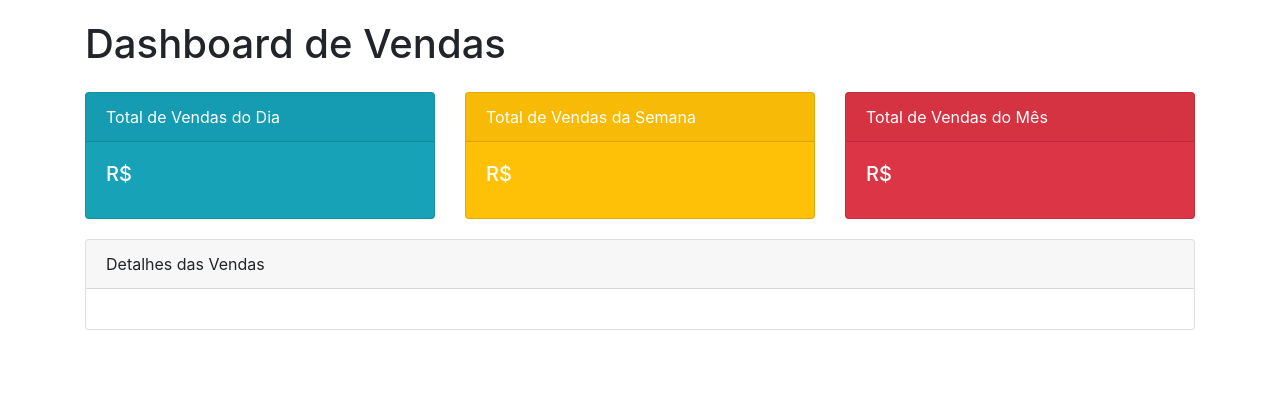
Repository: joaobatistafrontend/vendas_produto
Page: templates/dashboard.html
These files come from the project's save history. The page is drawn as it stood at one moment and after the next save; the edit follows.
The browser window is 1280 px wide. The pictures show the whole page.
The template is drawn by Django 5.2. The application's start-up code is not run. Other server files are loaded and not shown. The template is opened directly, without the code that normally fills it, so the values that code supplies are empty.

Above is the page before, as saved 2024-08-04 16:00:53.

### templates/dashboard.html
<!DOCTYPE html>
<html lang="en">
<head>
    <meta charset="UTF-8">
    <meta name="viewport" content="width=device-width, initial-scale=1.0">
    <title>Dashboard de Vendas</title>
    <link rel="stylesheet" href="https://stackpath.bootstrapcdn.com/bootstrap/4.5.2/css/bootstrap.min.css">
    <style>
        body {
            padding: 20px;
        }
        .card {
            margin-bottom: 20px;
        }
    </style>
</head>
<body>
    <div class="container">
        <h1 class="mb-4">Dashboard de Vendas</h1>

        <div class="row">
            <!-- <div class="col-md-4">
                <div class="card text-white bg-primary">
                    <div class="card-header">Total de Vendas</div>
                    <div class="card-body">
                        <h5 class="card-title">R${{ total }}</h5>
                    </div>
                </div>
            </div> -->

            <div class="col-md-4">
                <div class="card text-white bg-info">
                    <div class="card-header">Total de Vendas do Dia</div>
                    <div class="card-body">
                        <h5 class="card-title">R${{ total_dia }}</h5>

                    </div>
                </div>
            </div>

            <div class="col-md-4">
                <div class="card text-white bg-warning">
                    <div class="card-header">Total de Vendas da Semana</div>
                    <div class="card-body">
                        <h5 class="card-title">R${{ total_semana }}</h5>

                    </div>
                </div>
            </div>

            <div class="col-md-4">
                <div class="card text-white bg-danger">
                    <div class="card-header">Total de Vendas do Mês</div>
                    <div class="card-body">
                        <h5 class="card-title">R${{ total_mes }}</h5>

                    </div>
                </div>
            </div>

            {% if mais_vendido %}
            <div class="col-md-8">
                <div class="card text-white bg-success">
                    <div class="card-header">Produto Mais Vendido</div>
                    <div class="card-body">
                        <h5 class="card-title">Produto: {{ mais_vendido.produto__nome_produto }}</h5>
                        <p class="card-text">Quantidade Vendida: {{ mais_vendido.total_vendido }}</p>
                        <p class="card-text">Total Arrecadado: R${{ mais_vendido.total_revenue }}</p>
                    </div>
                </div>
            </div>
            {% endif %}
        </div>

        <div class="card">
            <div class="card-header">Detalhes das Vendas</div>
            <div class="card-body">
                <ul class="list-group">
                    {% for venda in vendas %}
                        <li class="list-group-item">
                            {{ venda.produto.nome_produto }} - {{ venda.qtd }} unidades - Total: R${{ venda.total }} - Data: {{ venda.data_venda }}
                        </li>
                    {% endfor %}
                </ul>
            </div>
        </div>

        {% if vendas_mensais %}
        <div class="card mt-4">
            <div class="card-header">Vendas Mensais</div>
            <div class="card-body">
                <ul class="list-group">

                    {% for venda in vendas_mensais %}
                        <li class="list-group-item">
                            Mês: {{ venda.data_venda__month }}/{{ venda.data_venda__year }} - Total {{ venda.total_mensal }}
                        </li>
                    {% endfor %}
                </ul>
            </div>
        </div>
        {% endif %}




    </div>

    <script src="https://code.jquery.com/jquery-3.5.1.slim.min.js"></script>
    <script src="https://cdn.jsdelivr.net/npm/@popperjs/core@2.11.6/dist/umd/popper.min.js"></script>
    <script src="https://stackpath.bootstrapcdn.com/bootstrap/4.5.2/js/bootstrap.min.js"></script>
</body>
</html>

After the next save:
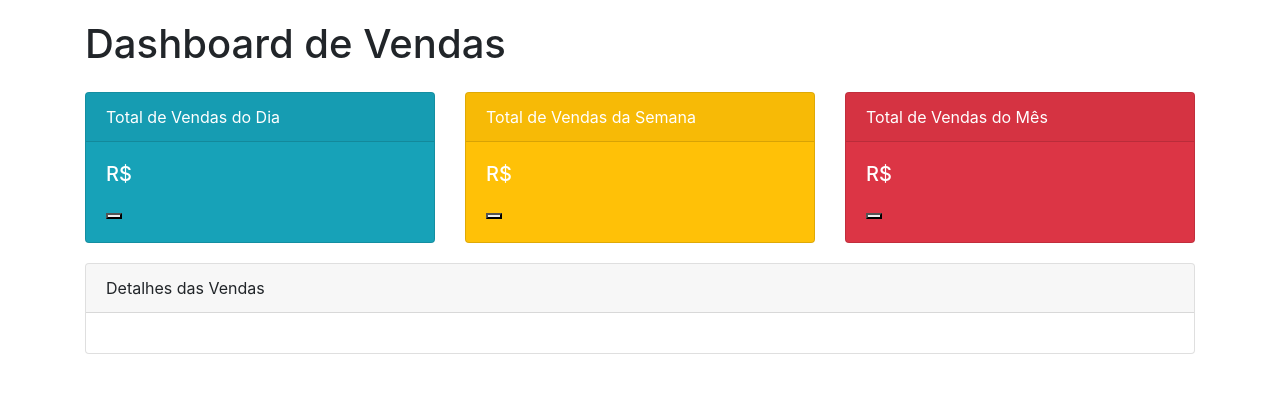
Saved 9 s later.
--- a/templates/dashboard.html
+++ b/templates/dashboard.html
@@ -33,7 +33,7 @@
                     <div class="card-header">Total de Vendas do Dia</div>
                     <div class="card-body">
                         <h5 class="card-title">R${{ total_dia }}</h5>
-
+                        <button></button>
                     </div>
                 </div>
             </div>
@@ -43,7 +43,7 @@
                     <div class="card-header">Total de Vendas da Semana</div>
                     <div class="card-body">
                         <h5 class="card-title">R${{ total_semana }}</h5>
-
+                        <button></button>
                     </div>
                 </div>
             </div>
@@ -53,7 +53,7 @@
                     <div class="card-header">Total de Vendas do Mês</div>
                     <div class="card-body">
                         <h5 class="card-title">R${{ total_mes }}</h5>
-
+                        <button></button>
                     </div>
                 </div>
             </div>
